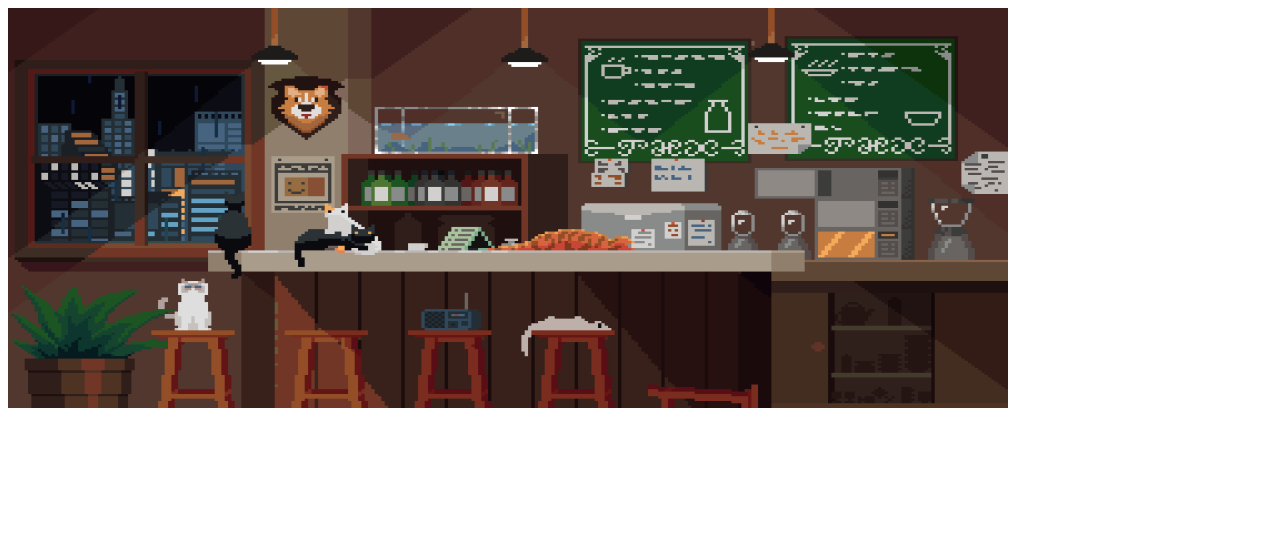
Repository: kayacancode/stixnbrix2dpixel
Page: / (app in my-app/)
An editor plug-in stored every save of this project. The page is shown before and after the next save, followed by the edit.
The browser window is 1280 px wide. The pictures show the whole page.
The project was rebuilt for these pictures with package versions that can differ from the ones it lists, and the page was loaded fresh each time. The framework's server and built-in components were replaced by stand-ins that run in the browser. Also part of the build but not shown: my-app/next.config.js, my-app/styles/globals.css.

Above is the page before, as saved 2023-03-25 17:47:37.

### my-app/pages/index.tsx
import Head from 'next/head'
import Image from 'next/image'

import FirstHalf from "../components/firsthalf";

import SecondHalf from "../components/secondhalf";

export default function Home() {
  return (
    <>

  <div className="">


        <Image src="/bg.png" width={1000} height={400} alt="Your Image"  />


    </div>
    </>
  )
}

Loaded but not shown: my-app/pages/_app.tsx (common file); my-app/pages/_document.tsx (common file)

After the next save:
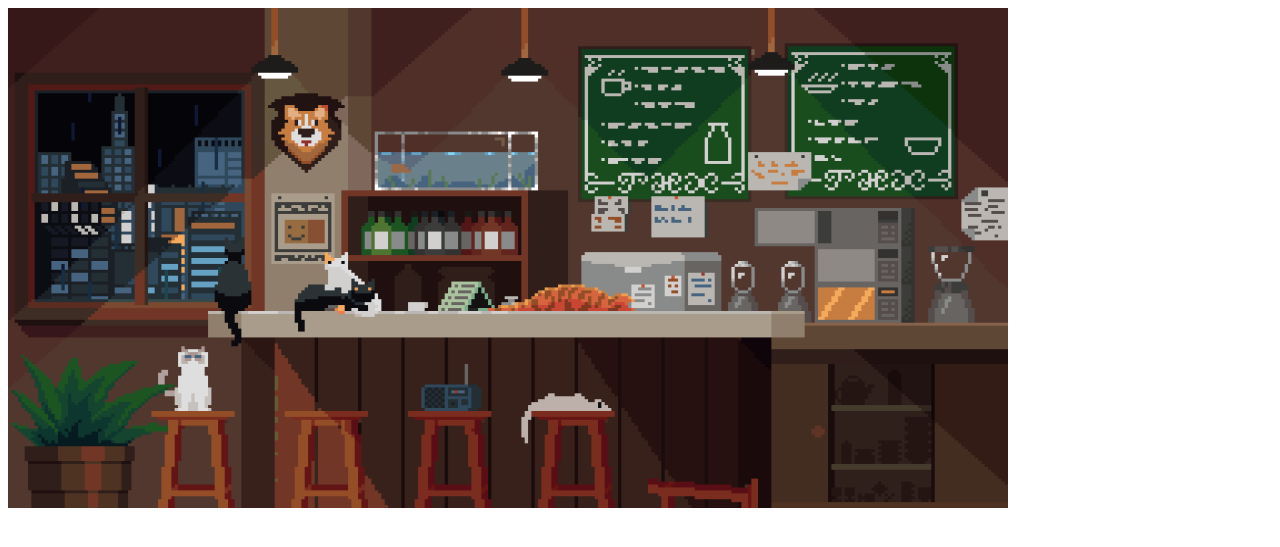
Saved 17 s later.
--- a/my-app/pages/index.tsx
+++ b/my-app/pages/index.tsx
@@ -12,7 +12,7 @@ export default function Home() {
   <div className="">
 
 
-        <Image src="/bg.png" width={1000} height={400} alt="Your Image"  />
+        <Image src="/bg.png" width={1000} height={500} alt="Your Image"  />
 
 
     </div>
